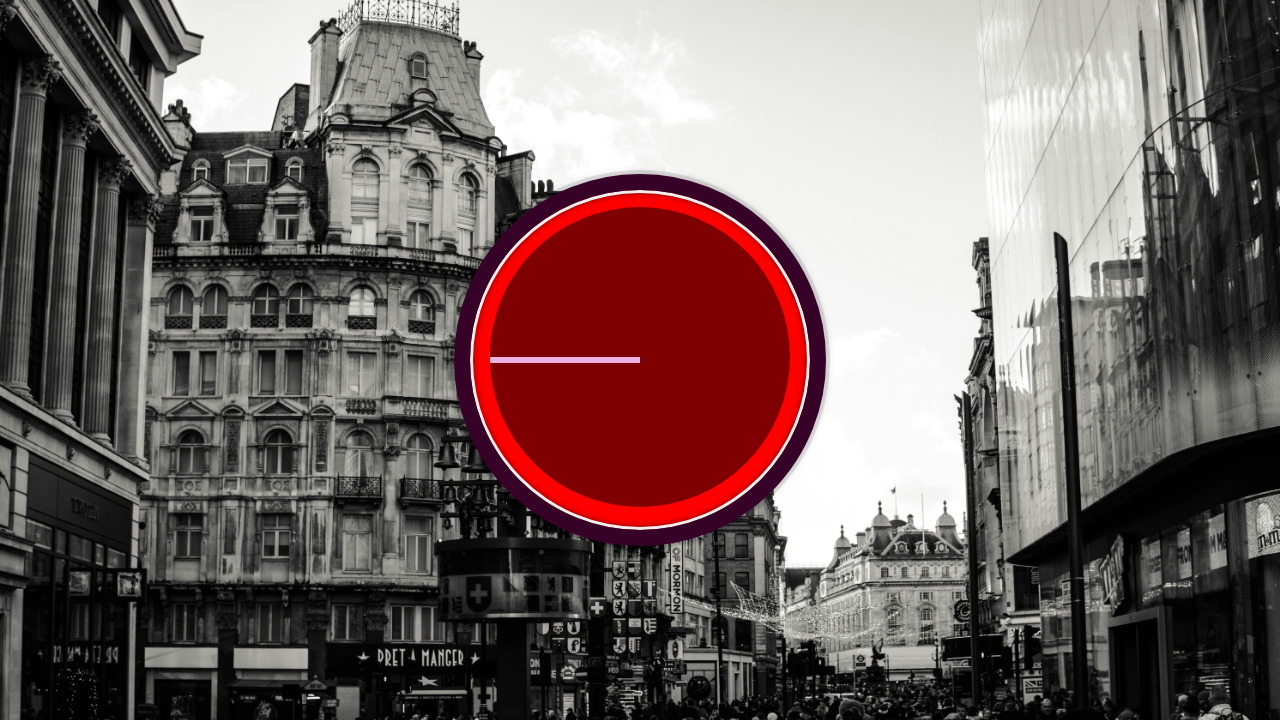
Repository: Freezler/javascript-css-clock
Page: index.html
These files come from the project's save history. The page is drawn as it stood at one moment and after the next save; the edit follows.
The browser window is 1280 px wide. The pictures show the whole page.

Above is the page before, as saved 2024-08-24 15:51:34.

### index.html
<!DOCTYPE html>
<html lang="en">

<head>
    <meta charset="UTF-8">
    <title>JS + CSS Clock</title>
    <link rel="icon" href="https://fav.farm/🔥" />
    <link rel="stylesheet" href="style.css">
</head>

<body>
    <div class="clock">
        <div class="clock-face">
            <div class="hand hour-hand"></div>
            <div class="hand min-hand"></div>
            <div class="hand second-hand"></div>
        </div>
    </div>
    <script src="/main.js"></script>
</body>

</html>

### style.css
html {
    background: url(../javascriptCss-clock/igor.jpg) no-repeat center center fixed;
    background-repeat: no-repeat;
    background-attachment: fixed;
    background-position: center center;
    background-size: cover;
    font-family: 'system-ui', sans-serif;
    text-align: center;
    font-size: 10px;
}

body {
    margin: 0;
    font-size: 2rem;
    display: flex;
    flex: 1;
    min-height: 100vh;
    align-items: center;
}

.clock {
    width: 30rem;
    height: 30rem;
    border: 16px solid rgb(54, 2, 40);
    border-radius: 50%;
    margin: 50px auto;
    position: relative;
    padding: 2rem;
    box-shadow:
        0 0 0 4px rgba(0, 0, 0, 0.1),
        inset 0 0 0 3px #EFEFEF,
        inset 0 0 10px black,
        0 0 10px rgba(0, 0, 0, 0.2);
    background: red;
}

.clock-face {
    position: relative;
    width: 100%;
    height: 100%;
    transform: translateY(-3px);
    /* account for the height of the clock hands */
    background: rgba(0, 0, 0, 0.5);

    border-radius: 50%;
    z-index: 10;

}

.hand {
    width: 50%;
    height: 6px;
    background: rgb(240, 179, 221);
    position: absolute;
    top: 50%;
    z-index: 100;
}

Loaded but not shown: main.js (no stored copy; drawn as an empty file)

After the next save:
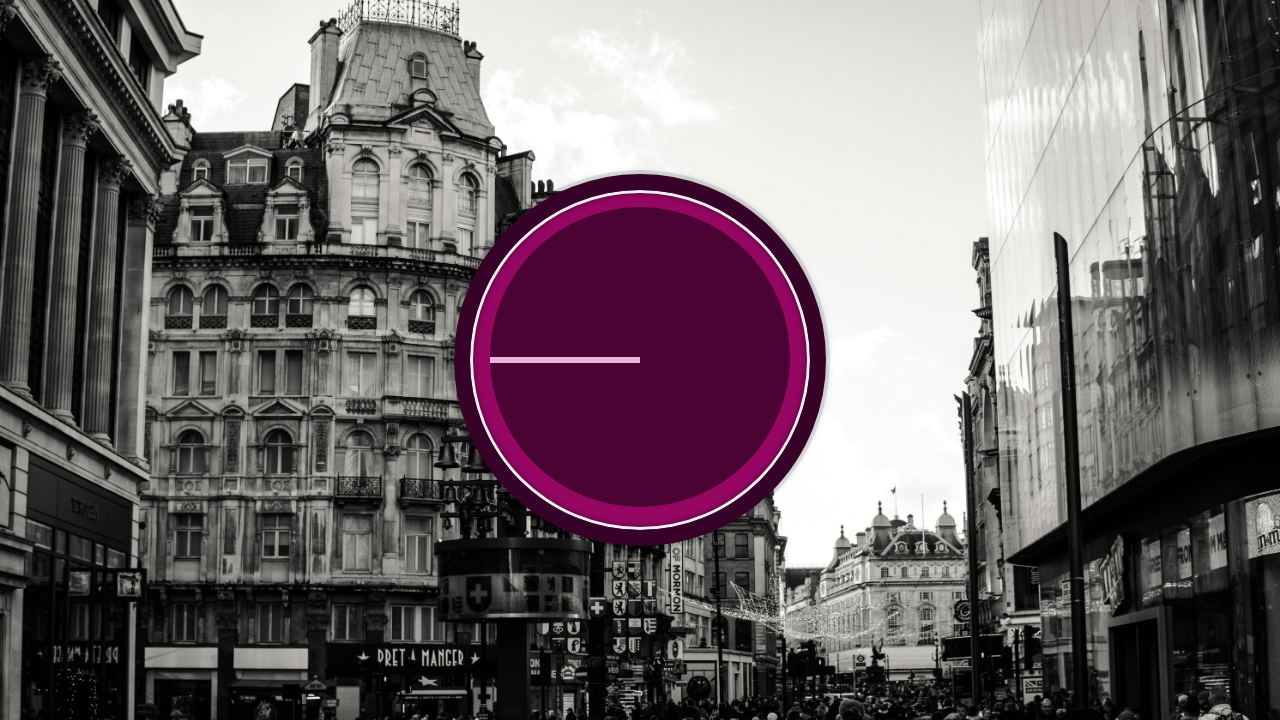
Saved 17 s later.
--- a/style.css
+++ b/style.css
@@ -31,7 +31,7 @@ body {
         inset 0 0 0 3px #EFEFEF,
         inset 0 0 10px black,
         0 0 10px rgba(0, 0, 0, 0.2);
-    background: red;
+    background: rgb(150, 7, 100);
 }
 
 .clock-face {
